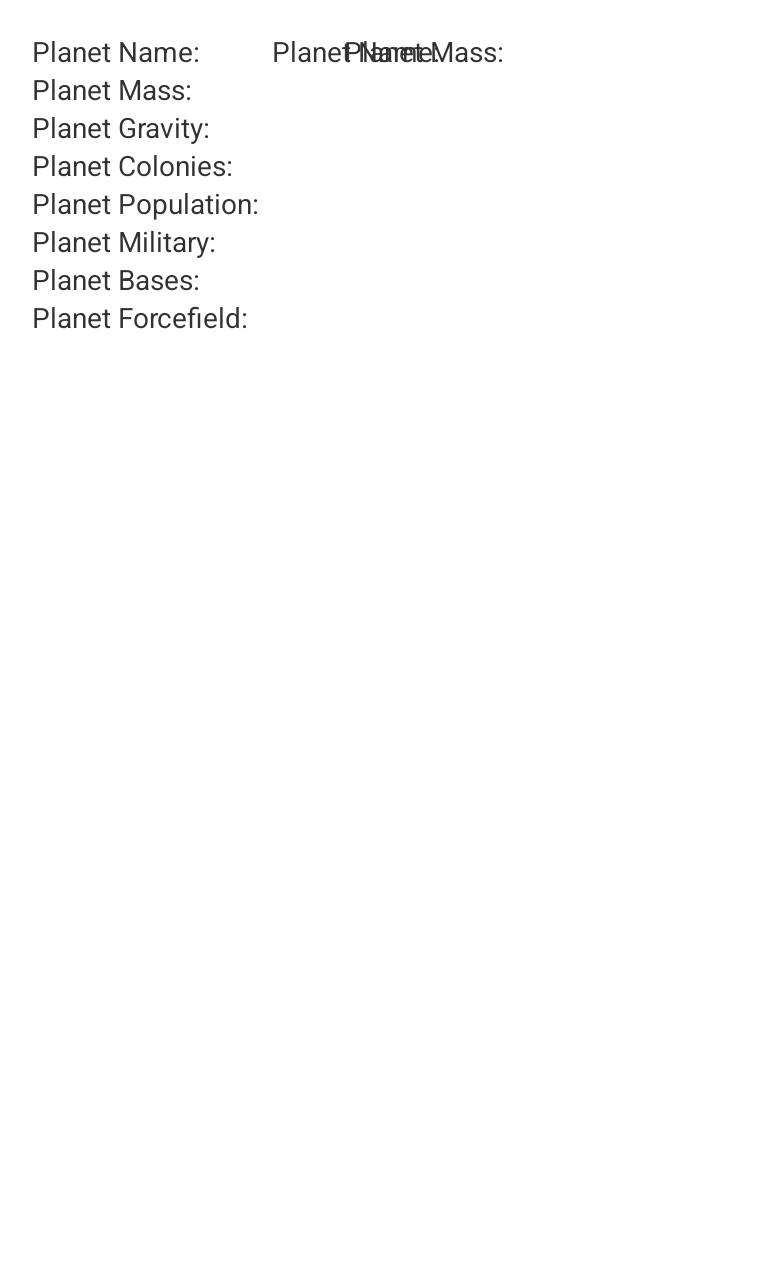
Repository: blender-head/android_basic
Layout: Hello_World/res/layout/activity_main.xml
These files come from the project's save history. The layout is drawn as it stood at one moment and after the next save; the edit follows.
It is drawn on a 768 x 1280 px phone screen (xhdpi) without system bars, with theme AppTheme; the app's code is not run. The app's manifest (not shown) leaves right-to-left support off. So textAlignment, textDirection and layoutDirection are ignored, and left and right values win over start and end ones.

Above is the layout before, as saved 2013-12-31 15:28:59.

### Hello_World/res/layout/activity_main.xml
<RelativeLayout xmlns:android="http://schemas.android.com/apk/res/android"
    xmlns:tools="http://schemas.android.com/tools"
    android:layout_width="match_parent"
    android:layout_height="match_parent"
    android:paddingBottom="@dimen/activity_vertical_margin"
    android:paddingLeft="@dimen/activity_horizontal_margin"
    android:paddingRight="@dimen/activity_horizontal_margin"
    android:paddingTop="@dimen/activity_vertical_margin"
    tools:context=".MainActivity" >

	<TextView
        android:id="@+id/textView1"
        android:layout_width="wrap_content"
        android:layout_height="wrap_content"
        android:text="@string/planet_name_label" />

	<TextView
        android:id="@+id/dataView1"
        android:layout_toRightOf="@+id/textView1"
        android:layout_marginLeft="36dip"
        android:layout_width="wrap_content"
        android:layout_height="wrap_content"
        android:text="@string/planet_name_label" />

	<TextView
        android:id="@+id/textView2"
        android:layout_below="@+id/textView1"
        android:layout_width="wrap_content"
        android:layout_height="wrap_content"
        android:text="@string/planet_mass_label" />

	<TextView
        android:id="@+id/dataView2"
        android:layout_toRightOf="@+id/textView2"
        android:layout_alignStart="@+id/dataView1"
        android:layout_marginLeft="36dip"
        android:layout_width="wrap_content"
        android:layout_height="wrap_content"
        android:text="@string/planet_mass_label" />

	<TextView
        android:id="@+id/textView3"
        android:layout_below="@+id/textView2"
        android:layout_width="wrap_content"
        android:layout_height="wrap_content"
        android:text="@string/planet_gravity_label" />

	<TextView
        android:id="@+id/textView4"
        android:layout_below="@+id/textView3"
        android:layout_width="wrap_content"
        android:layout_height="wrap_content"
        android:text="@string/planet_colonies_label" />

	<TextView
        android:id="@+id/textView5"
        android:layout_below="@+id/textView4"
        android:layout_width="wrap_content"
        android:layout_height="wrap_content"
        android:text="@string/planet_population_label" />

	<TextView
        android:id="@+id/textView6"
        android:layout_below="@+id/textView5"
        android:layout_width="wrap_content"
        android:layout_height="wrap_content"
        android:text="@string/planet_military_label" />

	<TextView
        android:id="@+id/textView7"
        android:layout_below="@+id/textView6"
        android:layout_width="wrap_content"
        android:layout_height="wrap_content"
        android:text="@string/planet_bases_label" />

	<TextView
        android:id="@+id/textView8"
        android:layout_below="@+id/textView7"
        android:layout_width="wrap_content"
        android:layout_height="wrap_content"
        android:text="@string/planet_forcefield_label" />

</RelativeLayout>

### Hello_World/res/values/strings.xml
<?xml version="1.0" encoding="utf-8"?>
<resources>

    <string name="app_name">Hello_World</string>
    <string name="action_settings">Settings</string>
    <string name="hello_world">Hello world!</string>

    <string name="planet_name_label">Planet Name: </string>
	<string name="planet_mass_label">Planet Mass: </string>
	<string name="planet_gravity_label">Planet Gravity: </string>
	<string name="planet_colonies_label">Planet Colonies: </string>
	<string name="planet_population_label">Planet Population: </string>
	<string name="planet_military_label">Planet Military: </string>
	<string name="planet_bases_label">Planet Bases: </string>
	<string name="planet_forcefield_label">Planet Forcefield: </string>

</resources>

Loaded but not shown: Hello_World/res/values/styles.xml (common file); Hello_World/res/values-v11/styles.xml (common file); Hello_World/res/values-v14/styles.xml (common file); Hello_World/res/values/dimens.xml (common file)

After the next save:
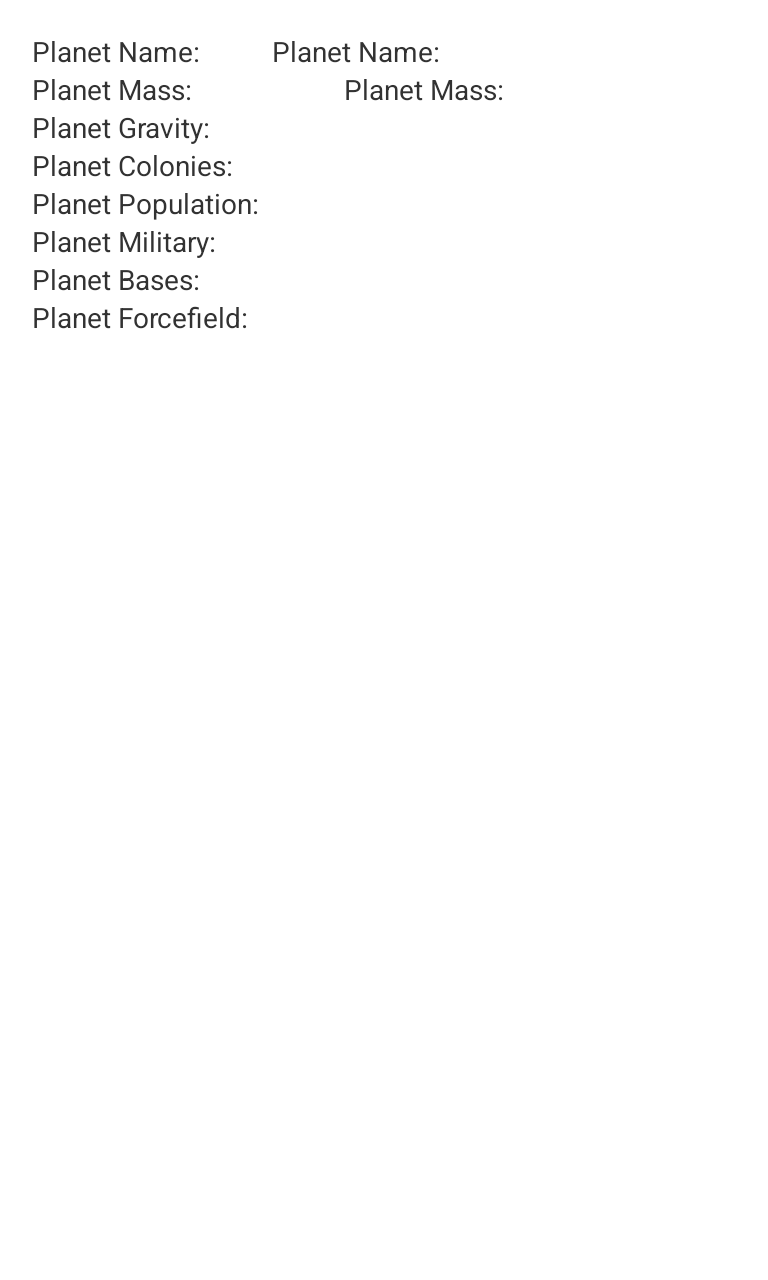
Saved 33 s later.
--- a/Hello_World/res/layout/activity_main.xml
+++ b/Hello_World/res/layout/activity_main.xml
@@ -33,6 +33,7 @@
         android:id="@+id/dataView2"
         android:layout_toRightOf="@+id/textView2"
         android:layout_alignStart="@+id/dataView1"
+        android:layout_below="@+id/textView1"
         android:layout_marginLeft="36dip"
         android:layout_width="wrap_content"
         android:layout_height="wrap_content"
